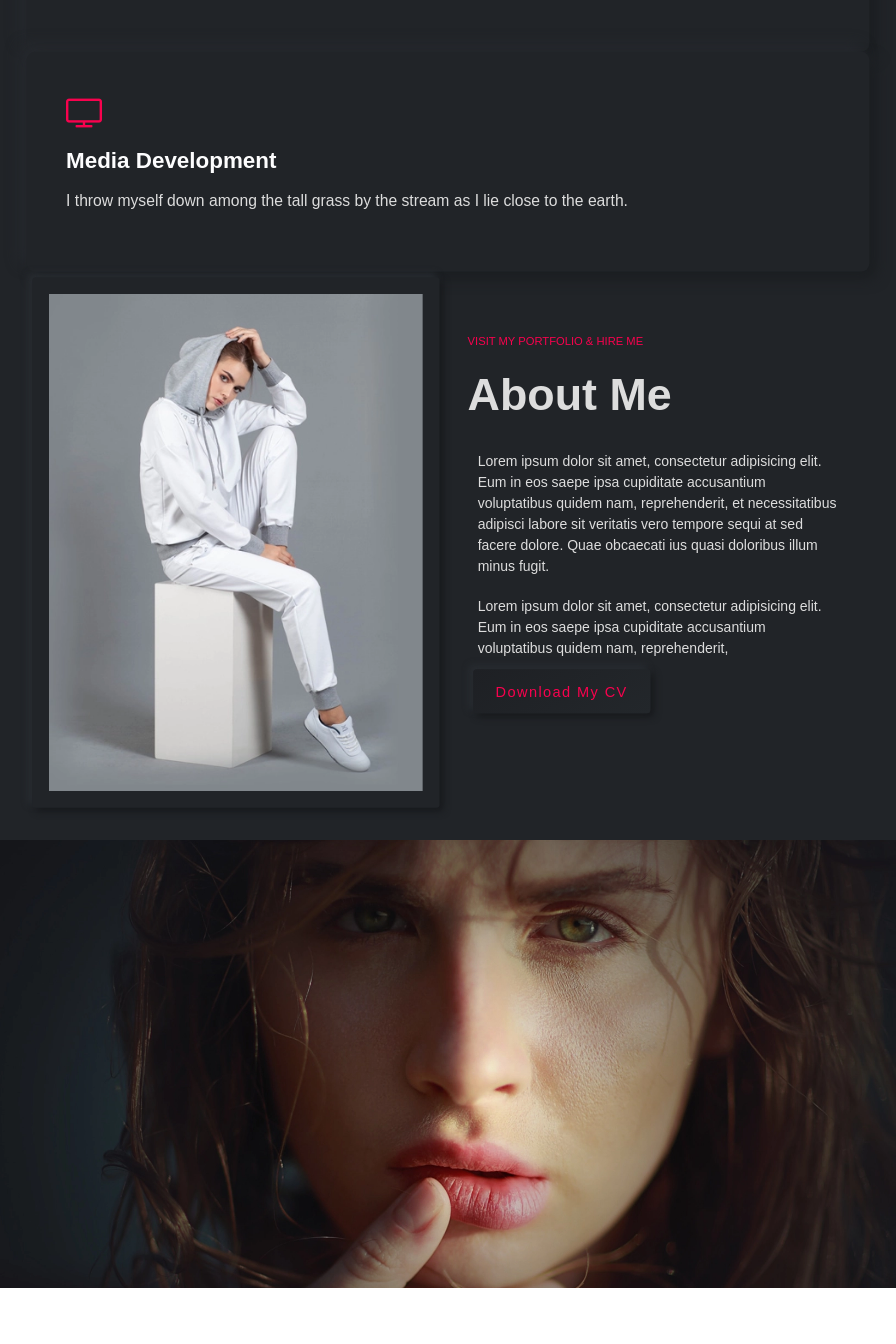
Repository: arminprogramme/inbio
Page: /
The author's editor kept a copy of each file at every save. The page is drawn from the files as they stood at one save, then again after the next save.
The browser window is 1280 px wide. The pictures show the part of the page from y = 1520 to 3440 px (the page is 3440 px tall before and 3385 px after), at 70% of full size.
Backgrounds fixed to the window are drawn as part of the page. Some web libraries are served in a nearby version. The project was rebuilt for these pictures with package versions that can differ from the ones it lists, and the page was loaded fresh each time. Also part of the build but not shown: vite.config.js.

Above is the page before, as saved 2023-10-20 04:32:11.

### index.html
<!doctype html>
<html lang="en">

<head>
    <meta charset="UTF-8" />
    <link rel="icon" type="image/svg+xml" href="/vite.svg" />
    <link rel="stylesheet" href="https://cdnjs.cloudflare.com/ajax/libs/font-awesome/4.7.0/css/font-awesome.min.css">
    <link href="https://cdnjs.cloudflare.com/ajax/libs/flowbite/1.8.1/flowbite.min.css" rel="stylesheet" />
    <meta name="viewport" content="width=device-width, initial-scale=1.0" />
    <title>Vite + React</title>
</head>

<body>
    <div id="root"></div>
    <script src="https://cdnjs.cloudflare.com/ajax/libs/flowbite/1.8.1/flowbite.min.js"></script>
    <script type="module" src="/src/main.jsx"></script>
</body>

</html>

### src/App.jsx
import   { Component } from 'react';
import LandingPage from './Component/LandingPage.jsx'
import './App.css'

class App extends Component {


  render() {
    return (
    <div>
      <LandingPage />
    </div>
    );
  }


}

export default App;

### src/index.css
:root {
    font-family: Inter, system-ui, Avenir, Helvetica, Arial, sans-serif;
}

a {
    font-weight: 500;
    color: #646cff;
    text-decoration: inherit;
}

* {
    padding: 0;
    margin: 0;
    box-sizing: border-box;
}

@tailwind base;
@tailwind components;
@tailwind utilities;
a:hover {
    color: #535bf2;
}

body {
    margin: 0;
    font-family: 'Vazir', sans-serif;
}

h1 {
    font-size: 3.2em;
    line-height: 1.1;
}

@media (prefers-color-scheme: light) {
     :root {
        color: #213547;
        background-color: #ffffff;
    }
    a:hover {
        color: #747bff;
    }
    button {
        background-color: #f9f9f9;
    }
}

### src/Component/LandingPage.jsx
import  { Component } from 'react';
import Header from './Header/Header.jsx'
import Body from './Body/Body.jsx'
//import Footer from './Footer/Footer.jsx'
class LandingPage extends Component {
    render() {
        return (
            <div>
                <Header/>
                <Body/>

            </div>
        );
    }
}

export default LandingPage;

### src/Component/Header/Header.jsx
import  { Component } from 'react';
import NavBar from './Navbar.jsx'
import './Header.css'
class Header extends Component {
    render() {
        return (
            <div>
                <NavBar/>
                <div className="banner-header text-center">
                    <h1 className='font-bold text-white'>KRISTINA SOMOLYER</h1>
                    <p>American Supermodel & Entrepreneur</p>
                </div>
            </div>
        );
    }
}

export default Header;

### src/Component/Body/Body.jsx
import  { Component } from 'react';
import Services from './Services/Services.jsx'
import About from './About/About.jsx'
import './Body.css'
class Body extends Component {
    render() {
        return (
            <>
            <div className='black-bg '>
                <div className="limit-width">
                    <Services/>
                    <About/>
                </div>
                <div className="girl-bg">

                </div>
            </div>
            </>
        );
    }
}

export default Body;

### src/Component/Header/Navbar.jsx
import  { Component } from 'react';

class Navbar extends Component {
    render() {
        return (
            <div>

<nav className=" black-bg">
  <div className="max-w-screen-xl flex flex-wrap items-center justify-between mx-auto p-6">
    <a href="https://.com/" className="flex items-center">
       <h2 className='text-white'>React Project</h2>
    </a>
    <button data-collapse-toggle="navbar-default" type="button"  className="inline-flex items-center p-2 w-10 h-10 justify-center text-sm text-white rounded-lg md:hidden " aria-controls="navbar-default" aria-expanded="false">
    <i className="fa fa-bars text-white"></i>

    </button>
    <div className="hidden w-full md:block md:w-auto" id="navbar-default">
      <ul className="font-medium flex flex-col p-4 md:p-0 mt-4 border border-gray-100 rounded-lg text-white md:flex-row md:space-x-8 md:mt-0 md:border-0 black-bg">
        <li>
          <a href="#" className="block py-2 pl-3 pr-4 text-white md:hover:text-gray-700 dark:text-white md:dark:hover:text-gray-500 rounded md:bg-transparent md:p-0 " aria-current="page">Home</a>
        </li>
        <li>
          <a href="#" className="block py-2 pl-3 pr-4 text-gray-900 rounded hover:bg-gray-100 md:hover:bg-transparent md:border-0 md:hover:text-gray-700 md:p-0 dark:text-white md:dark:hover:text-gray-500 dark:hover:bg-gray-700 dark:hover:text-white md:dark:hover:bg-transparent">About</a>
        </li>
        <li>
          <a href="#" className="block py-2 pl-3 pr-4 text-gray-900 rounded md:hover:text-gray-700 md:p-0 dark:text-white md:dark:hover:text-gray-500 dark:hover:bg-gray-700 dark:hover:text-white md:dark:hover:bg-transparent">Services</a>
        </li>
        <li>
          <a href="#" className="block py-2 pl-3 pr-4 text-gray-900 rounded hover:bg-gray-100 md:hover:bg-transparent md:border-0 md:hover:text-gray-700 md:p-0 dark:text-white md:dark:hover:text-gray-500 dark:hover:bg-gray-700 dark:hover:text-white md:dark:hover:bg-transparent">Pricing</a>
        </li>
        <li>
          <a href="#" className="block py-2 pl-3 pr-4 text-gray-900 rounded hover:bg-gray-100 md:hover:bg-transparent md:border-0md:hover:text-gray-700 md:p-0 dark:text-white md:dark:hover:text-gray-500 dark:hover:bg-gray-700 dark:hover:text-white md:dark:hover:bg-transparent">Contact</a>
        </li>
      </ul>
    </div>
  </div>
</nav>

            </div>
        );
    }
}

export default Navbar;

### src/Component/Header/Header.css
.black-bg {
    background-color: #212428;
}

.banner-header {
    background-image: url(../../../bg-image-12.webp);
    background-position: center;
    background-size: cover;
    padding: 20.25rem 0;
}

.banner-header h1 {
    letter-spacing: 6px;
    font-size: 3.2rem;
}

.banner-header p {
    letter-spacing: 6px;
    font-size: 1.2rem;
    padding: 2rem 0;
    color: #fff;
}

### src/Component/Body/Services/Services.jsx
import  { Component } from 'react';
import ServicesItem from './ServicesItem.jsx'
import './Services.css'
class Services extends Component {

    constructor(props){
        super(props)

        this.state = {
            services : [
                {id : 1 , icon : 'red-color fa fa-bars' , title : 'Web Development' , text : 'I throw myself down among the tall grass by the stream as I lie close to the earth.'},
                {id : 2 , icon : 'red-color fa fa-book' , title : 'App Development' , text : 'It uses a dictionary of over 200 Latin words, combined with a handful of model sentence.'},
                {id : 3 , icon : 'red-color fa fa-television' , title : 'Media Development' , text : 'I throw myself down among the tall grass by the stream as I lie close to the earth.'},
            ]
        }
    }
    render() {
        return (
            <div>
              <div className="grid  grid-cols-1 lg:grid-cols-3 gap-10">
              {this.state.services.map(services => {
                return <ServicesItem key={services.id} {...services} />
               })}
              </div>
            </div>
        );
    }
}

export default Services;

### src/Component/Body/About/About.jsx
import  { Component } from 'react';
import ButtonSpecial from '../Buttons/ButtonSpecial.jsx'
import   './About.css'
class About extends Component {

    constructor(props){
        super(props)

        this.state= {
            title : 'Download My CV'
        }
    }
    render() {
        return (
            <div>
                <div className="about-container my-52 grid grid-cols-1 lg:grid-cols-2 gap-2">
                    <div className="img-about">
                        <div className="inner-img-about">
                            <img src="about-5.webp" className='rounded' alt="" />
                        </div>
                    </div>
                    <div className="content-about">
                        <h5 className='red-color'>VISIT MY PORTFOLIO & HIRE ME</h5>
                        <h2>About Me</h2>
                        <p>Lorem ipsum dolor sit amet, consectetur adipisicing elit. Eum in eos saepe ipsa cupiditate accusantium voluptatibus quidem nam, reprehenderit, et necessitatibus adipisci labore sit veritatis vero tempore sequi at sed facere dolore. Quae obcaecati ius quasi doloribus illum minus fugit.</p>
                        <p>Lorem ipsum dolor sit amet, consectetur adipisicing elit. Eum in eos saepe ipsa cupiditate accusantium voluptatibus quidem nam, reprehenderit,</p>

                       <div className="mx-2 button-about">
                       <ButtonSpecial title={this.state.title}/>
                       </div>
                    </div>
                </div>
            </div>
        );
    }
}

export default About;

### src/Component/Body/Body.css
.limit-width {
    max-width: 1450px;
    padding: 6rem 3% 3%;
    margin: auto;
}

.girl-bg {
    background-image: url(../../../bg-image-8.webp);
    padding: 20em;
    background-attachment: fixed;
    background-size: cover;
    background-position: center;
    margin-bottom: 5rem;
}

### src/Component/Body/Services/ServicesItem.jsx
import { Component } from 'react';

class ServicesItem extends Component {
    render() {
        return (
            <div className='services-item'>
                <div className="icon-services">
                    <i className={this.props.icon}></i>
                </div>
                <div className="content-services">
                <h2 className='font-bold'>{this.props.title}</h2>
                <p>{this.props.text}</p>
                </div>
            </div>
        );
    }
}

export default ServicesItem;

### src/Component/Body/Services/Services.css
.icon-services i {
    font-size: 3rem;
}

.red-color {
    color: #f8024e;
}

.content-services {
    padding: 1.2rem 0;
    color: #FDFDFE;
}

.content-services h2 {
    font-size: 2rem;
    padding-bottom: 1rem;
}

.content-services p {
    line-height: 2.25rem;
    font-size: 1.4rem;
}

.services-item {
    border-radius: 12px;
    transition: 0.5s!important;
    padding: 4rem 3.5rem;
    background: #212428;
    box-shadow: 10px 10px 20px #1b1e21, -10px -10px 20px #272a2f;
    -webkit-transition: 0.5s!important;
    -moz-transition: 0.5s!important;
    -ms-transition: 0.5s!important;
    -o-transition: 0.5s!important;
    cursor: pointer;
}

.services-item:hover {
    border-radius: 12px;
    transform: translateY(-1.2rem);
    transition: 0.5s!important;
    background: linear-gradient(145deg, #23272b, #16171a);
    box-shadow: 10px 10px 13px #1b1e21, -10px -10px 13px #272a2f;
    -webkit-transition: 0.5s!important;
    -moz-transition: 0.5s!important;
    -ms-transition: 0.5s!important;
    -o-transition: 0.5s!important;
    -webkit-transform: translateY(-1.2rem);
    -moz-transform: translateY(-1.2rem);
    -ms-transform: translateY(-1.2rem);
    -o-transform: translateY(-1.2rem);
}

### src/Component/Body/Buttons/ButtonSpecial.jsx
import  { Component } from 'react';
import   './Buttons.css'
class ButtonSpecial extends Component {
    render() {
        return (
           <button className='sp-button red-color'>{this.props.title}</button>
        );
    }
}

export default ButtonSpecial;

### src/Component/Body/About/About.css
.img-about {
    padding: 0.5rem;
    border-radius: 5px;
    max-width: 100%;
}

.inner-img-about {
    border-radius: 5px;
    background: #212428;
    box-shadow: 5px 5px 10px #17191c, -5px -5px 10px #2b2f34;
    -webkit-border-radius: 5px;
    -moz-border-radius: 5px;
    -ms-border-radius: 5px;
    -o-border-radius: 5px;
}

.inner-img-about img {
    width: 100%;
    border-radius: 5px!important;
    -webkit-border-radius: 5px!important;
    -moz-border-radius: 5px!important;
    padding: 1.5rem;
    -ms-border-radius: 5px!important;
    -o-border-radius: 5px!important;
    position: relative;
    align-self: stretch;
    height: auto;
    flex-shrink: 0;
    object-fit: cover;
    border-radius: 10px;
    max-width: 100%;
    transition: transform 0.5s ease-in-out;
}

.inner-img-about:hover img {
    transform: scale(1.2);
}

.content-about {
    margin: 5.5rem 1.5rem;
}

.content-about h2,
p {
    color: #ddd;
}

.content-about h2 {
    font-size: 4rem;
    padding: 1rem 0;
    font-weight: bold;
}

.content-about p {
    font-size: 1.25rem;
    padding: 0.9rem;
}

### src/Component/Body/Buttons/Buttons.css
.sp-button {
    border-radius: 5px;
    background: linear-gradient(145deg, #1e2024, #23272b);
    box-shadow: 5px 5px 10px #17191c, -5px -5px 10px #2b2f34;
    padding: 1rem 2rem;
    font-size: 1.3rem;
    -webkit-border-radius: 5px;
    -moz-border-radius: 5px;
    letter-spacing: 2px;
    -ms-border-radius: 5px;
    transition: 0.3s;
    -o-border-radius: 5px;
    -webkit-transition: 0.3s;
    -moz-transition: 0.3s;
    -ms-transition: 0.3s;
    -o-transition: 0.3s;
}

.sp-button:hover {
    transition: 0.3s;
    border-radius: 5px;
    transform: translateY(-3px);
    background: linear-gradient(145deg, #23272b, #1e2024);
    box-shadow: 5px 5px 10px #17191c, -5px -5px 10px #2b2f34;
    -webkit-border-radius: 5px;
    -moz-border-radius: 5px;
    -ms-border-radius: 5px;
    -o-border-radius: 5px;
    -webkit-transition: 0.3s;
    -moz-transition: 0.3s;
    -ms-transition: 0.3s;
    -o-transition: 0.3s;
    -webkit-transform: translateY(-3px);
    -moz-transform: translateY(-3px);
    -ms-transform: translateY(-3px);
    -o-transform: translateY(-3px);
}

Loaded but not shown: src/main.jsx (common file); src/App.css (common file)

After the next save:
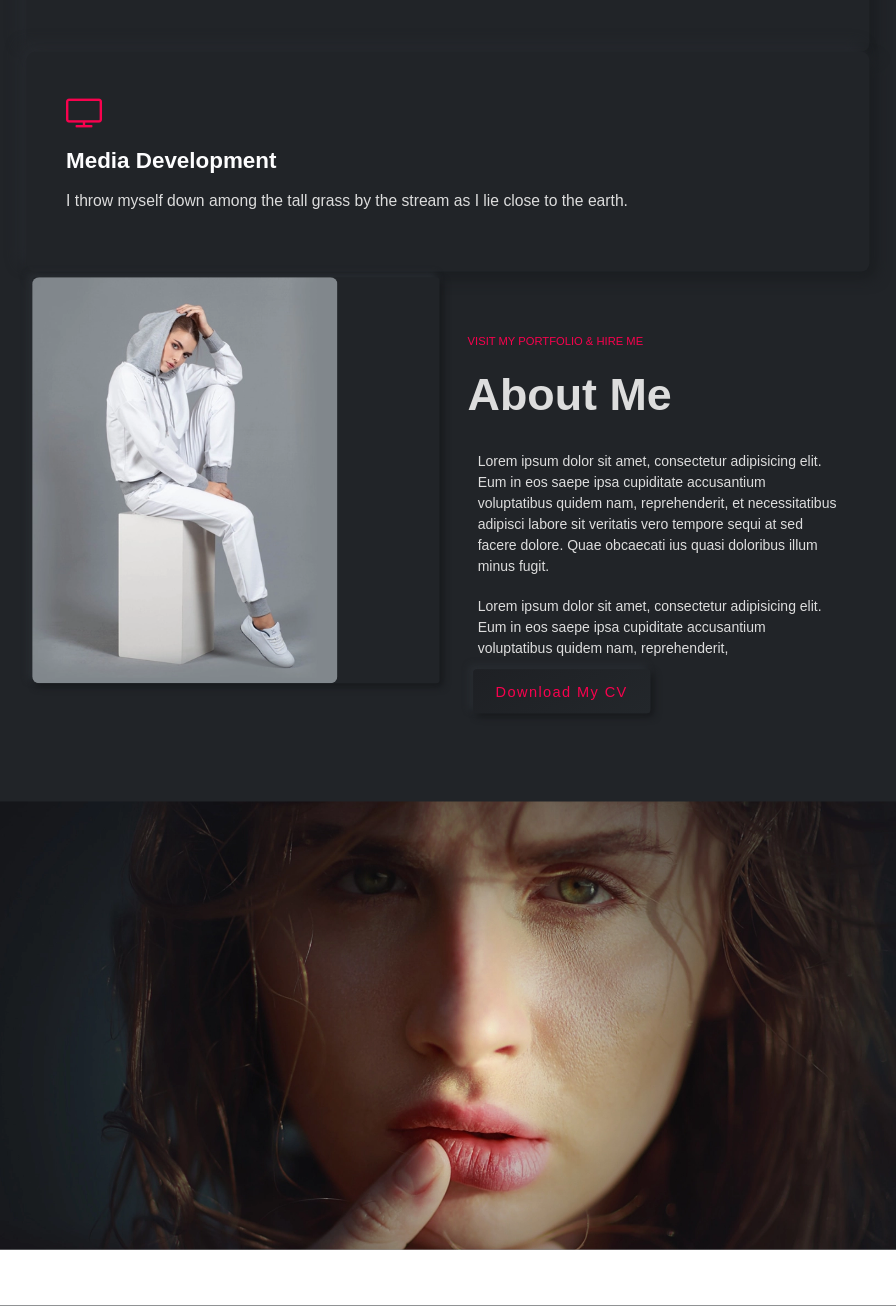
Saved 50 s later.
--- a/src/Component/Body/About/About.css
+++ b/src/Component/Body/About/About.css
@@ -15,13 +15,6 @@
 }
 
 .inner-img-about img {
-    width: 100%;
-    border-radius: 5px!important;
-    -webkit-border-radius: 5px!important;
-    -moz-border-radius: 5px!important;
-    padding: 1.5rem;
-    -ms-border-radius: 5px!important;
-    -o-border-radius: 5px!important;
     position: relative;
     align-self: stretch;
     height: auto;

After the save that followed:
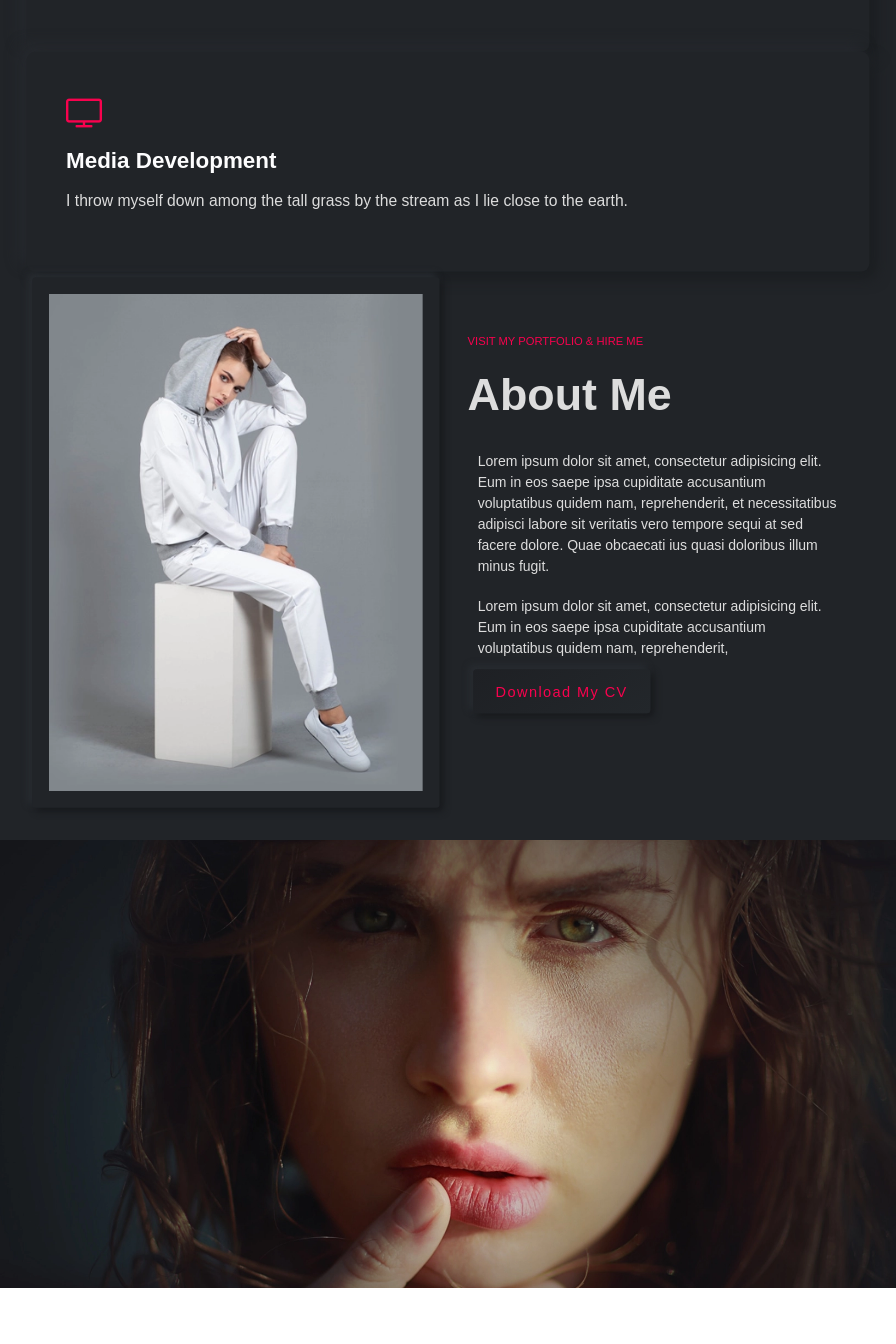
Saved 11 s later.
--- a/src/Component/Body/About/About.css
+++ b/src/Component/Body/About/About.css
@@ -15,18 +15,13 @@
 }
 
 .inner-img-about img {
-    position: relative;
-    align-self: stretch;
-    height: auto;
-    flex-shrink: 0;
-    object-fit: cover;
-    border-radius: 10px;
-    max-width: 100%;
-    transition: transform 0.5s ease-in-out;
-}
-
-.inner-img-about:hover img {
-    transform: scale(1.2);
+    width: 100%;
+    border-radius: 5px!important;
+    -webkit-border-radius: 5px!important;
+    -moz-border-radius: 5px!important;
+    padding: 1.5rem;
+    -ms-border-radius: 5px!important;
+    -o-border-radius: 5px!important;
 }
 
 .content-about {
